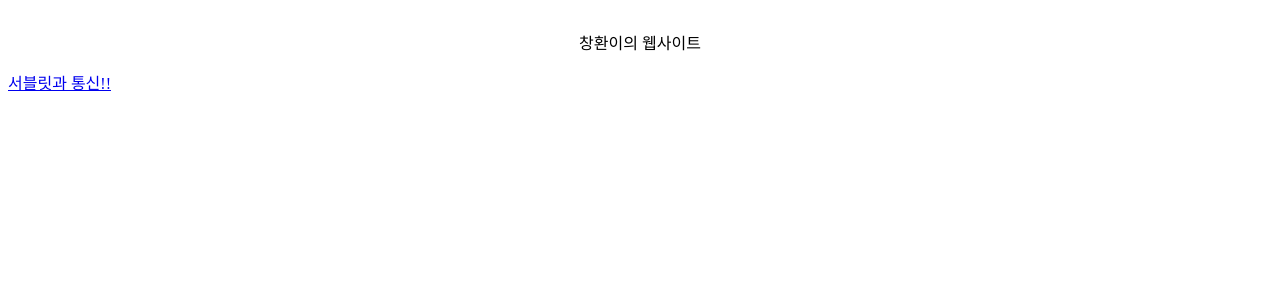
Repository: nohchanghwan/Java_study
Page: http://localhost/0724_frameworkWEB/
An editor plug-in stored every save of this project. The page is shown before and after the next save, followed by the edit.
The browser window is 1280 px wide. The pictures show the whole page.
The page is served by Tomcat 9. Other server files are loaded and not shown.

Above is the page before, as saved 2017-07-21 05:10:06.

### 0724_frameworkWEB/webapp/index.jsp
<%@ page language="java" contentType="text/html; charset=EUC-KR"
    pageEncoding="EUC-KR"%>

<!DOCTYPE html PUBLIC "-//W3C//DTD HTML 4.01 Transitional//EN" "http://www.w3.org/TR/html4/loose.dtd">
<html>
<head>
<meta http-equiv="Content-Type" content="text/html; charset=EUC-KR">
<title>Insert title here</title>
</head>
<body>
	<div align="center" style="margin-top:30px">
	  창환이의 웹사이트
	</div><p>
	<div align="left">
	<a href="./test.do?id=nochang">서블릿과 통신!!</a>
	</div>
</body>
</html>

After the next save:
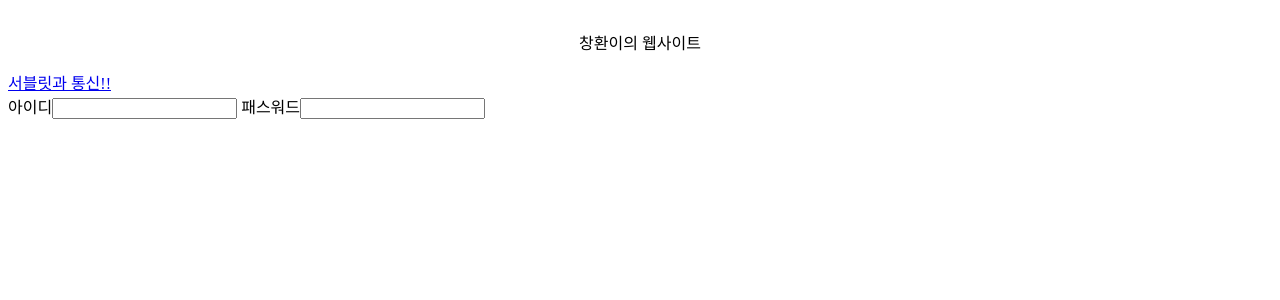
Saved 100 s later.
--- a/0724_frameworkWEB/webapp/index.jsp
+++ b/0724_frameworkWEB/webapp/index.jsp
@@ -12,7 +12,11 @@
 	  창환이의 웹사이트
 	</div><p>
 	<div align="left">
-	<a href="./test.do?id=nochang">서블릿과 통신!!</a>
+		<a href="./test.do?id=nochang&pwd=0701">서블릿과 통신!!</a>
+		<form action="">
+			아이디<input/>
+			패스워드<input/>
+		</form>
 	</div>
 </body>
 </html>
